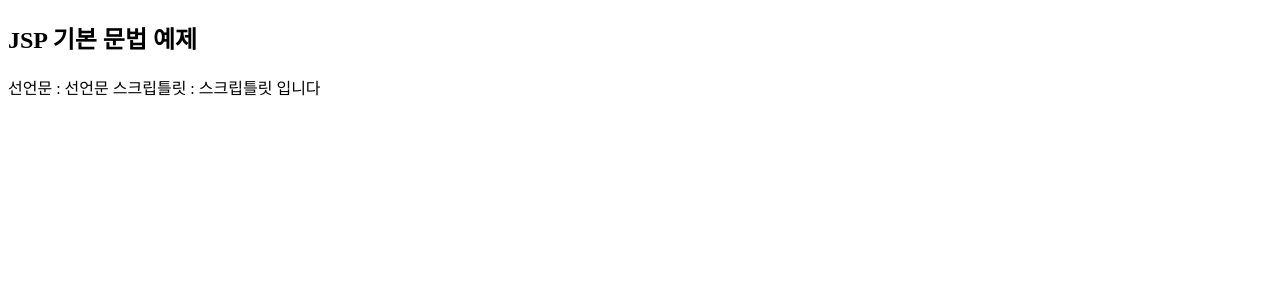
Repository: mini9707/JSP
Page: http://localhost/jsp02/ex02.jsp
The author's editor kept a copy of each file at every save. The page is drawn from the files as they stood at one save, then again after the next save.
The browser window is 1280 px wide. The pictures show the whole page.
The page is served by Tomcat 9.

Above is the page before, as saved 2024-09-15 07:39:18.

### jsp02/src/main/webapp/ex02.jsp
<%@ page language="java" contentType="text/html; charset=UTF-8"
    pageEncoding="UTF-8"%>
<!DOCTYPE html>
<html>
<head>
<meta charset="UTF-8">
<title>JSP기본문법</title>
</head>
<body>
<h2>JSP 기본 문법 예제</h2>
<%
	//Scriptlet : 자바코드를 작성할 수 있는 영역 (연산, 처리 기능 정의
	String str = "스크립틀릿 입니다";
	String comment = "주석";
%>
선언문 : <%= declration %> <!-- 표현식 : 값을 출력 (처리, 연산 코드 사용불가 -->
스크립틀릿 : <%= str %>
<!-- <%= comment%> -->
<%-- <%= comment&>--%>

<%! //선언문 (멤버필드, 멤버 메서드 정의)
	String declration = "선언문";
%>
</body>
</html>

After the next save:
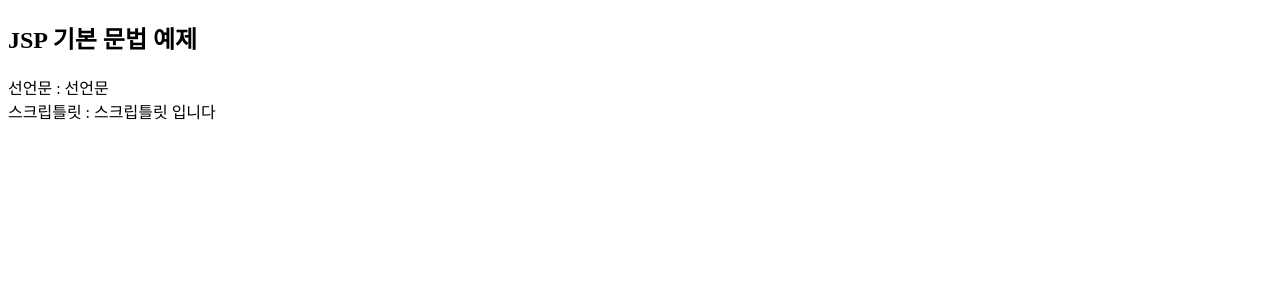
Saved 30 s later.
--- a/jsp02/src/main/webapp/ex02.jsp
+++ b/jsp02/src/main/webapp/ex02.jsp
@@ -13,8 +13,8 @@
 	String str = "스크립틀릿 입니다";
 	String comment = "주석";
 %>
-선언문 : <%= declration %> <!-- 표현식 : 값을 출력 (처리, 연산 코드 사용불가 -->
-스크립틀릿 : <%= str %>
+선언문 : <%= declration %><br> <!-- 표현식 : 값을 출력 (처리, 연산 코드 사용불가 -->
+스크립틀릿 : <%= str %><br>
 <!-- <%= comment%> -->
 <%-- <%= comment&>--%>
 
